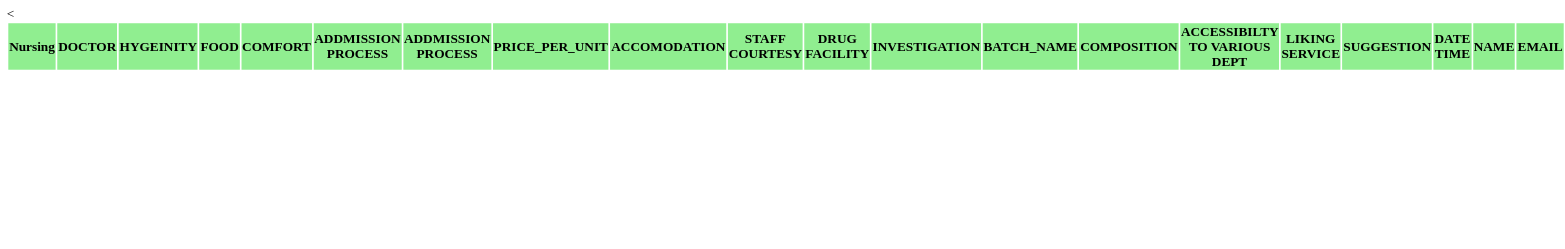
Repository: sabyasachimishra/PPH
Page: http://localhost/PaperlessHospitalService/viewfeedback.jsp
The author's editor kept a copy of each file at every save. The page is drawn from the files as they stood at one save, then again after the next save.
The browser window is 1280 px wide. The page is 1886 px wide, so the pictures cover 1886 px, including what lies to the right of the window. The pictures show the whole page, at 83% of full size.
The page is served by Tomcat 9. The session is filled in as if someone had signed in: {"currentSessionUserfname": "Test User", "currentSessionUserlname": "Test User", "currentSessionUserTypeId": 1, "currentSessionUserId": 1}. Queries for data that is not in the repository find no rows.

Above is the page before, as saved 2012-03-30 21:10:18.

After the next save:
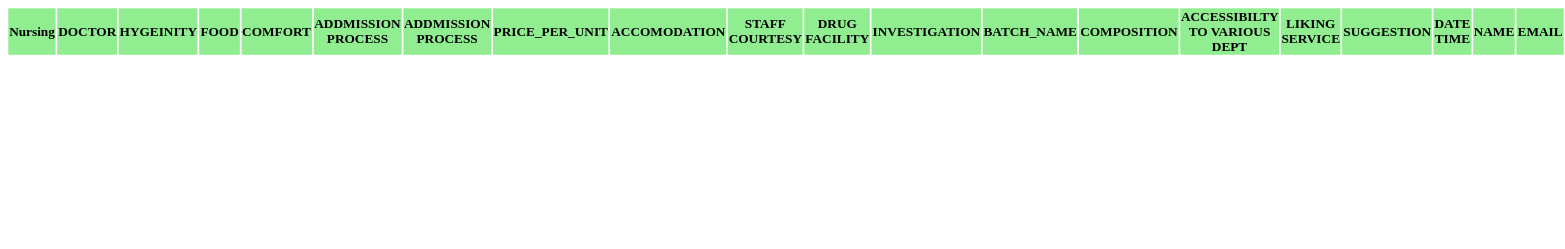
Saved 12 s later.
--- a/PaperlessHospitalService/WebContent/viewfeedback.jsp
+++ b/PaperlessHospitalService/WebContent/viewfeedback.jsp
@@ -12,11 +12,11 @@ td{background-color:#cff;}
 </head>
 <body>
 <%
-		if(session.getAttribute("currentSessionUserfname")==null)
+  if(session.getAttribute("currentSessionUserfname")==null)
 		{
-			response.sendRedirect("http://localhost:9999/PaperlessHospitalService/invalidLogin.jsp"); //error page
+			response.sendRedirect("https://localhost:9443/PaperlessHospitalService/invalidLogin.jsp"); //error page
 		}%>
-		<
+
 
 
 <%@ page language="java" import="java.util.*,java.text.*,java.util.Date,java.sql.*, java.io.*" %>
